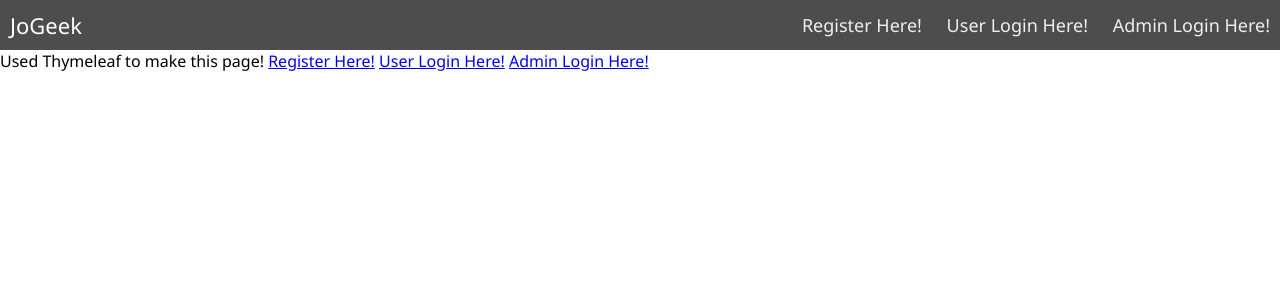
Repository: hemanthchallacs/learning_spring_boot
Page: http://localhost/welcome
These files come from the project's save history. The page is drawn as it stood at one moment and after the next save; the edit follows.
The browser window is 1280 px wide. The pictures show the whole page.
The page is this project's Thymeleaf template; nobody is signed in. The template is opened directly, without the code that normally fills it, so the values that code supplies are empty.

Above is the page before, as saved 2021-07-12 16:13:18.

### ver1_elearning/src/main/resources/templates/welcome.html
<!DOCTYPE html>
<html xmlns:th="http://www.thymeleaf.org">
<head >
<meta charset="ISO-8859-1">
<title></title>
<style type="text/css">
* {
  box-sizing: border-box;
}

body {
  margin: 0px;
  font-family: 'segoe ui';
}

.nav {
  height: 50px;
  width: 100%;
  background-color: #4d4d4d;
  position: relative;
}

.nav > .nav-header {
  display: inline;
}

.nav > .nav-header > .nav-title {
  display: inline-block;
  font-size: 22px;
  color: #fff;
  padding: 10px 10px 10px 10px;
}

.nav > .nav-btn {
  display: none;
}

.nav > .nav-links {
  display: inline;
  float: right;
  font-size: 18px;
}

.nav > .nav-links > a {
  display: inline-block;
  padding: 13px 10px 13px 10px;
  text-decoration: none;
  color: #efefef;
}

.nav > .nav-links > a:hover {
  background-color: rgba(0, 0, 0, 0.3);
}

.nav > #nav-check {
  display: none;
}

@media (max-width:600px) {
  .nav > .nav-btn {
    display: inline-block;
    position: absolute;
    right: 0px;
    top: 0px;
  }
  .nav > .nav-btn > label {
    display: inline-block;
    width: 50px;
    height: 50px;
    padding: 13px;
  }
  .nav > .nav-btn > label:hover,.nav  #nav-check:checked ~ .nav-btn > label {
    background-color: rgba(0, 0, 0, 0.3);
  }
  .nav > .nav-btn > label > span {
    display: block;
    width: 25px;
    height: 10px;
    border-top: 2px solid #eee;
  }
  .nav > .nav-links {
    position: absolute;
    display: block;
    width: 100%;
    background-color: #333;
    height: 0px;
    transition: all 0.3s ease-in;
    overflow-y: hidden;
    top: 50px;
    left: 0px;
  }
  .nav > .nav-links > a {
    display: block;
    width: 100%;
  }
  .nav > #nav-check:not(:checked) ~ .nav-links {
    height: 0px;
  }
  .nav > #nav-check:checked ~ .nav-links {
    height: calc(100vh - 50px);
    overflow-y: auto;
  }
}</style>
</head>
<body>
<div class="nav">
  <input type="checkbox" id="nav-check">
  <div class="nav-header">
    <div class="nav-title">
      JoGeek
    </div>
  </div>
  <div class="nav-btn">
    <label for="nav-check">
      <span></span>
      <span></span>
      <span></span>
    </label>
  </div>

  <div class="nav-links">
   <a th:href=@{/RegistrationForm}>Register Here!</a>
	<a th:href=@{/login}>User Login Here!</a>
	<a th:href=@{/adminlogin}>Admin Login Here!</a>

  </div>
</div>
Used Thymeleaf to make this page!
<a th:href=@{/RegistrationForm}>Register Here!</a>
<a th:href=@{/login}>User Login Here!</a>
<a th:href=@{/adminlogin}>Admin Login Here!</a>

</body>
</html>

After the next save:
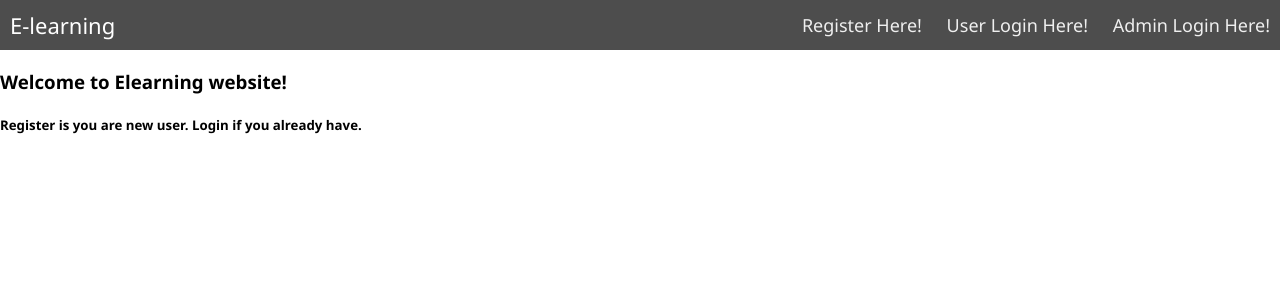
Saved 3 min 5 s later.
--- a/ver1_elearning/src/main/resources/templates/welcome.html
+++ b/ver1_elearning/src/main/resources/templates/welcome.html
@@ -107,7 +107,7 @@ body {
   <input type="checkbox" id="nav-check">
   <div class="nav-header">
     <div class="nav-title">
-      JoGeek
+      E-learning
     </div>
   </div>
   <div class="nav-btn">
@@ -125,10 +125,11 @@ body {
 
   </div>
 </div>
-Used Thymeleaf to make this page!
-<a th:href=@{/RegistrationForm}>Register Here!</a>
-<a th:href=@{/login}>User Login Here!</a>
-<a th:href=@{/adminlogin}>Admin Login Here!</a>
+<div>
+<h3>Welcome to Elearning website!</h3>
+<h5>Register is you are new user. Login if you already have.</h5>
+</div>
+
 
 </body>
 </html>
